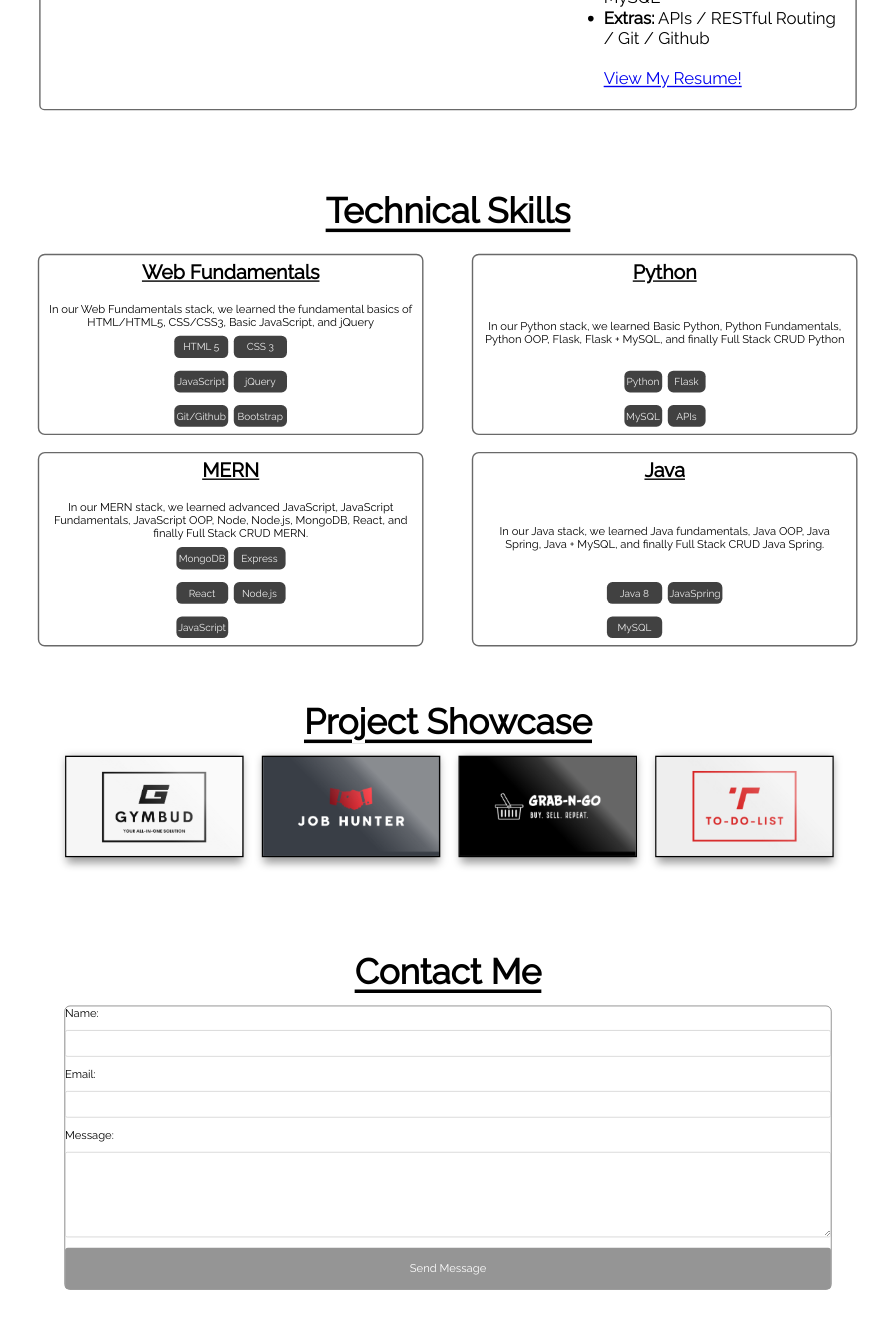
Repository: RICHIE-YIN/Personal-Portfolio
Page: index.html
An editor plug-in stored every save of this project. The page is shown before and after the next save, followed by the edit.
The browser window is 1280 px wide. The pictures show the part of the page from y = 2241 to 4161 px (the page is 4141 px tall before and 4161 px after), at 70% of full size.
Some web fonts or font styles are not loaded; a fallback is used.

Above is the page before, as saved 2023-06-12 17:26:40.
Console error: ReferenceError: $ is not defined

After the next save:
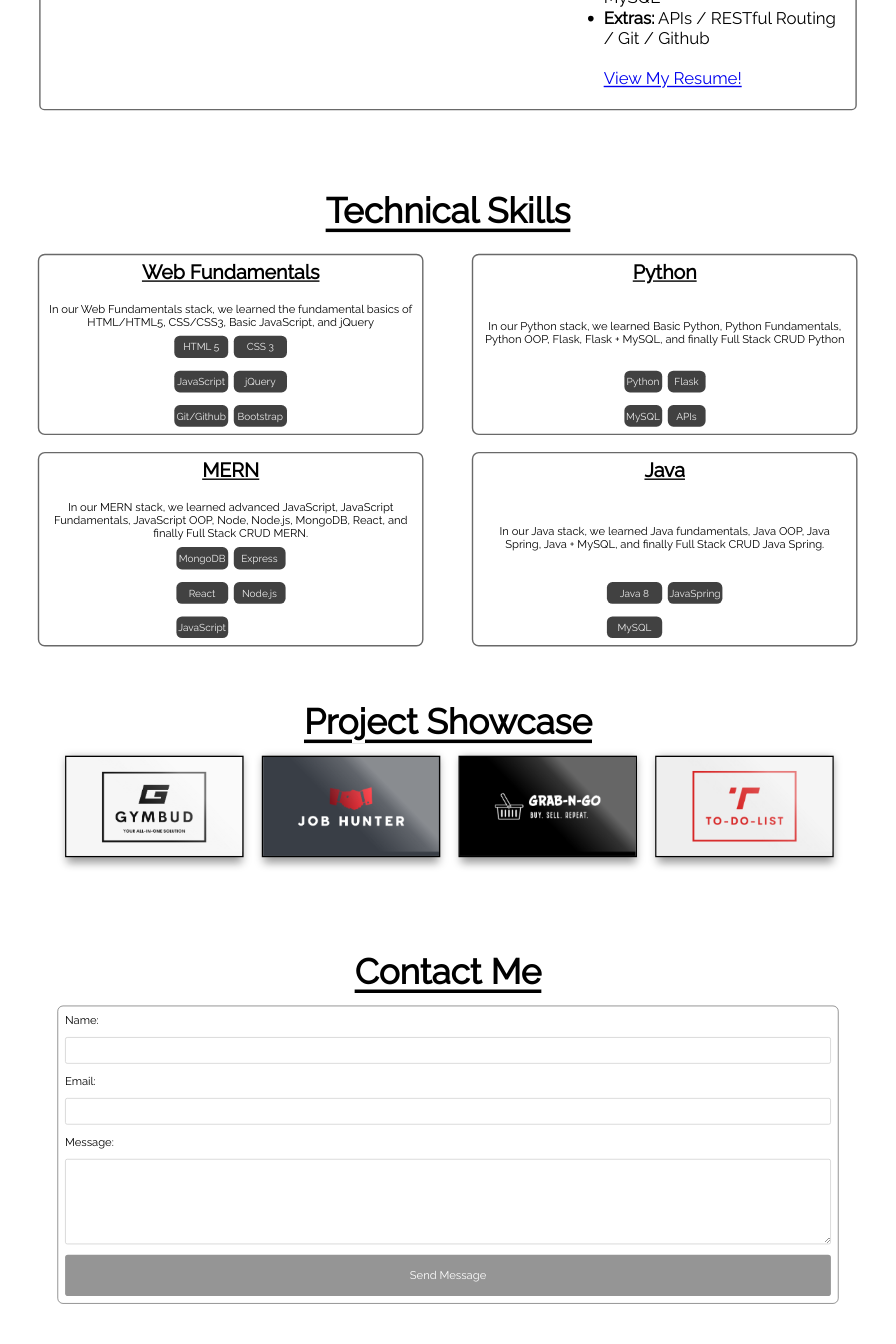
Saved 14 s later.
--- a/styles.css
+++ b/styles.css
@@ -565,7 +565,7 @@ body {
     justify-content: center;
     width: 75%;
     border: #696969 solid 1.5px;
-    /* padding: 20px;  */
+    padding: 10px;
     border-radius: .5em;
     margin: 0 auto;
 }
